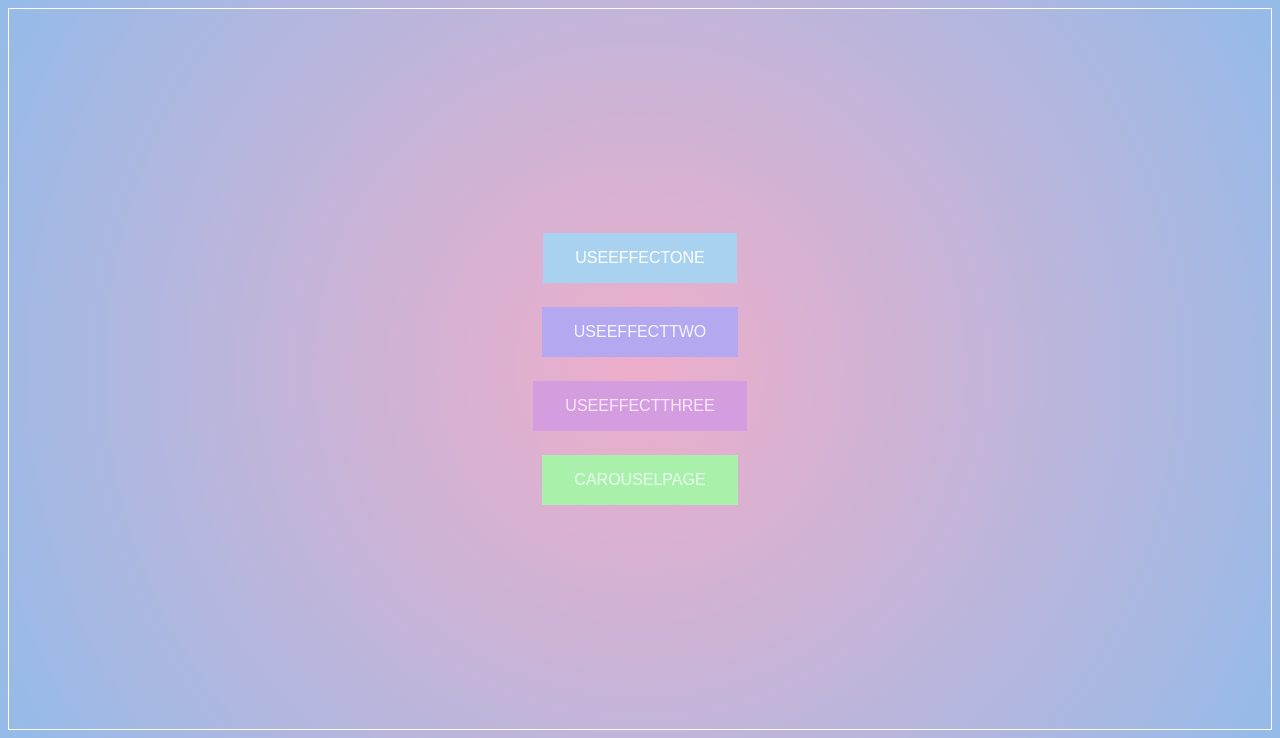
Repository: juliet-jskim/week-8-useEffect-carousel
Page: /
An editor plug-in stored every save of this project. The page is shown before and after the next save, followed by the edit.
The browser window is 1280 px wide. The pictures show the whole page.
The project was rebuilt for these pictures with package versions that can differ from the ones it lists, and the page was loaded fresh each time. The framework's server and built-in components were replaced by stand-ins that run in the browser. Also part of the build but not shown: next.config.js.

Above is the page before, as saved 2023-02-20 22:32:02.

### pages/index.js
import Head from 'next/head'
import styles from '@/styles/Home.module.css'
import Link from 'next/link'

export default function Home() {
  return (
    <>
      <Head>
        <title>Create Next App</title>
        <meta name="description" content="Generated by create next app" />
        <meta name="viewport" content="width=device-width, initial-scale=1" />
        <link rel="icon" href="/favicon.ico" />
      </Head>
      <main className={styles.main}>
        <div className={styles.link_one}>
          <Link style={{ textDecoration: 'none',  color: 'white' }} href="/useEffectOne">useEffectOne</Link>
        </div>
       <div className={styles.link_two}>
        <Link style={{ textDecoration: 'none', color: 'aliceBlue'}} href="/useEffectTwo">useEffectTwo</Link>
       </div>
       <div className={styles.link_three}>
        <Link style={{ textDecoration: 'none', color: 'rgb(252, 232, 255)' }} href="/useEffectThree">useEffectThree</Link>
       </div>
       <div className={styles.link_carousel}>
        <Link style={{ textDecoration: 'none', color: 'rgb(233, 255, 241)' }} href="/carouselPage">carouselPage</Link>
       </div>

      </main>
    </>
  )
}

### styles/globals.css
:root {
  /** add colors you want to add to all the pages here**/
  background: rgb(238,174,202);
  background: radial-gradient(circle, rgba(238,174,202,1) 0%, rgba(148,187,233,1) 100%);

}

### styles/Home.module.css
.main {
  display: flex;
  flex-direction: column;
  justify-content: center;
  gap: 1rem;
  align-items: center;
  /* padding-top: 10rem; */
  min-height: 100vh;
  border: 1px solid rgb(255, 255, 255);
  background: no-repeat;
}

.link_one{
  font-family: Arial, Helvetica, sans-serif;
  text-transform: uppercase;
  text-decoration: none;
  background-color: #a9d2f1;
  border: none;
  padding: 1rem 2rem;
  text-align: center;
  font-size: 16px;
  margin: 4px 2px;
}
.link_one:hover{
  font-size: 1.4rem;
  opacity: 0.9;
  transition: 0.3s;
}

.link_two{
  font-family: Arial, Helvetica, sans-serif;
  text-transform: uppercase;
  text-decoration: none;
  background-color: #b4a9f1;
  border: none;
  padding: 1rem 2rem;
  text-align: center;
  font-size: 16px;
  margin: 4px 2px;
}
.link_two:hover{
  font-size: 1.4rem;
  opacity: 0.9;
  transition: 0.3s;
  }

.link_three{
  font-family: Arial, Helvetica, sans-serif;
  text-transform: uppercase;
  text-decoration: none;
  background-color: #d39de0;
  border: none;
  padding: 1rem 2rem;
  text-align: center;
  font-size: 16px;
  margin: 4px 2px;
}
.link_three:hover{
  font-size: 1.4rem;
  opacity: 0.9;
  transition: 0.3s;
  }

.link_carousel{
  font-family: Arial, Helvetica, sans-serif;
  text-transform: uppercase;
  text-decoration: none;
  background-color: #a9f1aa;
  border: none;
  padding: 1rem 2rem;
  text-align: center;
  font-size: 16px;
  margin: 4px 2px;
}
.link_carousel:hover{
  font-size: 1.4rem;
  opacity: 0.9;
  transition: 0.3s;
  }

Loaded but not shown: pages/_app.js (common file); pages/_document.js (common file)

After the next save:
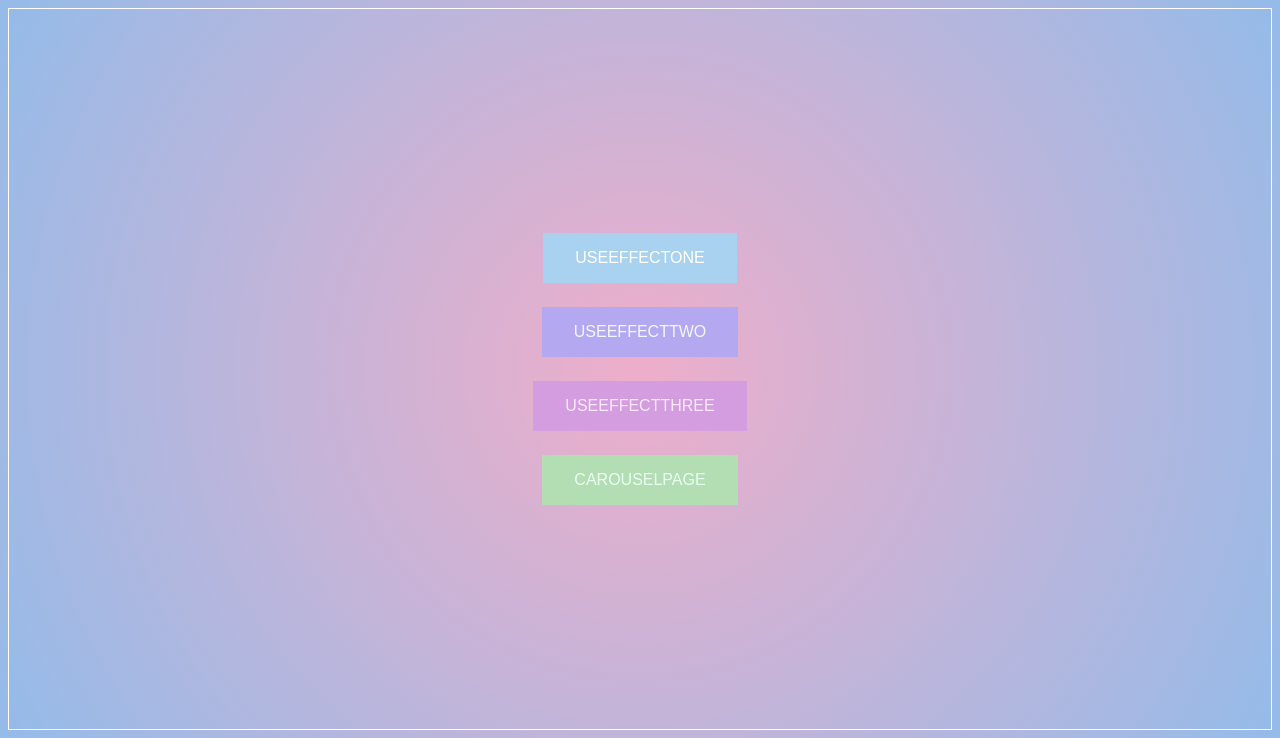
Saved 8 s later.
--- a/styles/Home.module.css
+++ b/styles/Home.module.css
@@ -65,7 +65,7 @@
   font-family: Arial, Helvetica, sans-serif;
   text-transform: uppercase;
   text-decoration: none;
-  background-color: #a9f1aa;
+  background-color: #b3ddb3;
   border: none;
   padding: 1rem 2rem;
   text-align: center;
